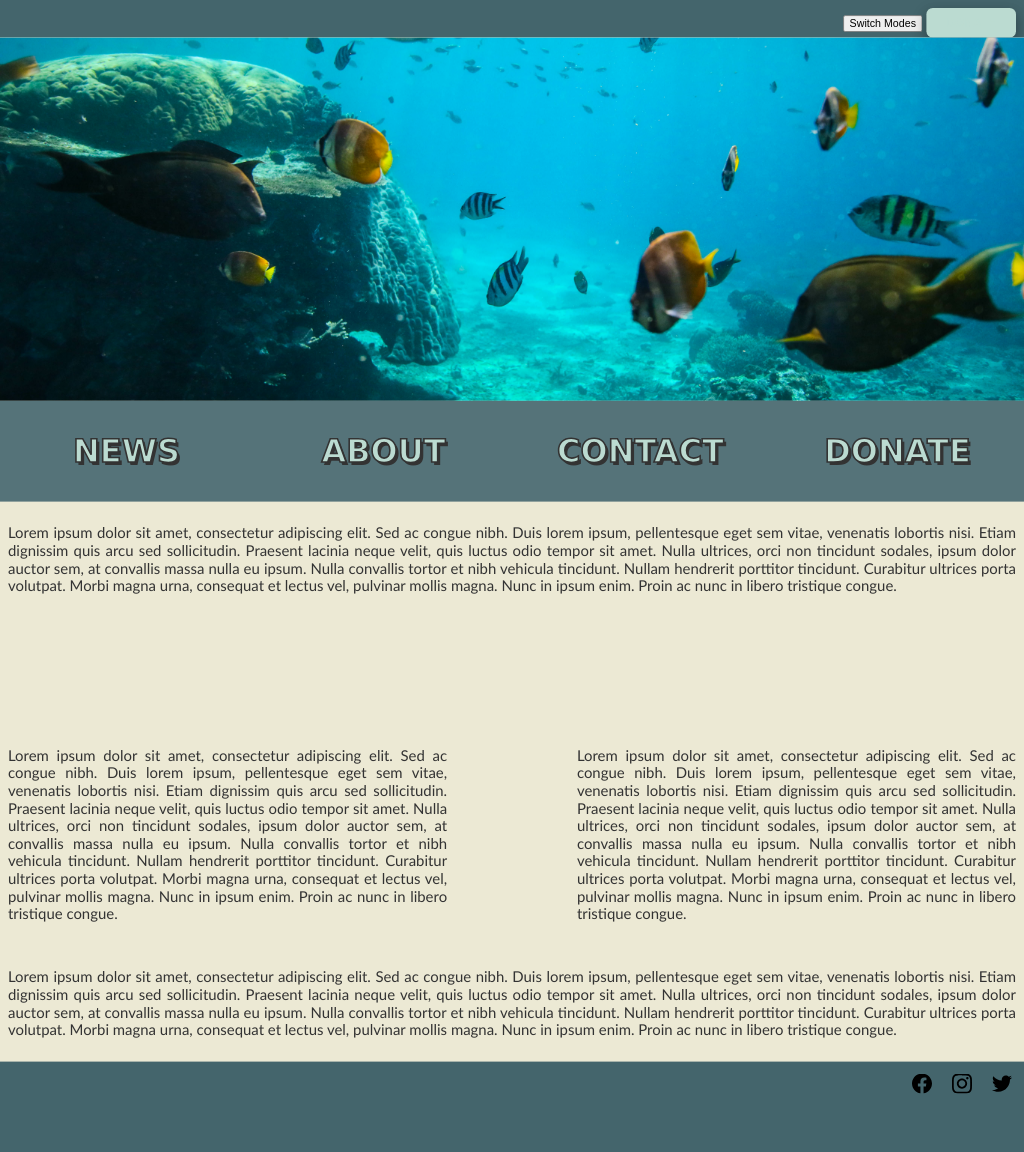
Repository: Jehmess/TeamProject
Page: index.html
An editor plug-in stored every save of this project. The page is shown before and after the next save, followed by the edit.
The browser window is 1280 px wide. The pictures show the whole page, at 80% of full size.

Above is the page before, as saved 2020-11-26 15:05:08.

### index.html
<!DOCTYPE html>
<html lang="en">

  <head>
    <meta charset="UTF-8" />
    <meta name="viewport" content="width=device-width, initial-scale=1.0" />

    <!-- CSS LINK -->
    <link rel="stylesheet" href="main.css">


    <link rel="icon" type="image/png" href="images/favicon1.png">
    <title>Save The Ocean</title>
  </head>

  <body>
    <div class="grid-container">
      <div class="topHead">
        <button id="darkModeToggle">Switch Modes</button>
        <button class="donatebutton"><a href="donate.html" title="Donate Today!">Donate</a></button>
      </div>

      <div class="headingImg"> <!-- CSS effects needs altering -->
        <div class='banner'></div>
      </div>

      <div class="navBar">
          <div class="nav1">
            <p>News</p>
          </div>
          <div class="nav2">
            <p><a href="#aboutUs">About</a></p>
          </div>
          <div class="nav3">
            <p>Contact</p>
          </div>
          <div class="nav4">
            <p><a href="donate.html">Donate</a></p>
          </div>
      </div>
      <!-- TODO Create main section -->
      <!-- TODO Create One long -->
      <!-- TODO create 2 small  -->
      <!-- TODO Create One long -->
      <!-- hello -->

      <div class="main">
        <div class="overview">
          <p>
            Lorem ipsum dolor sit amet, consectetur adipiscing elit. Sed ac congue nibh. Duis lorem ipsum, pellentesque eget sem vitae, venenatis lobortis nisi.
            Etiam dignissim quis arcu sed sollicitudin. Praesent lacinia neque velit, quis luctus odio tempor sit amet. Nulla ultrices, orci non tincidunt sodales,
            ipsum dolor auctor sem, at convallis massa nulla eu ipsum. Nulla convallis tortor et nibh vehicula tincidunt. Nullam hendrerit porttitor tincidunt.
            Curabitur ultrices porta volutpat. Morbi magna urna, consequat et lectus vel, pulvinar mollis magna. Nunc in ipsum enim. Proin ac nunc in libero tristique congue.
          </p>
        </div>

        <div class="articles">
          <p>
            Lorem ipsum dolor sit amet, consectetur adipiscing elit. Sed ac congue nibh. Duis lorem ipsum, pellentesque eget sem vitae, venenatis lobortis nisi.
            Etiam dignissim quis arcu sed sollicitudin. Praesent lacinia neque velit, quis luctus odio tempor sit amet. Nulla ultrices, orci non tincidunt sodales,
            ipsum dolor auctor sem, at convallis massa nulla eu ipsum. Nulla convallis tortor et nibh vehicula tincidunt. Nullam hendrerit porttitor tincidunt.
            Curabitur ultrices porta volutpat. Morbi magna urna, consequat et lectus vel, pulvinar mollis magna. Nunc in ipsum enim. Proin ac nunc in libero tristique congue.
          </p>
        </div>

        <div class="aboutUs" id="aboutUs">
          <p>
            Lorem ipsum dolor sit amet, consectetur adipiscing elit. Sed ac congue nibh. Duis lorem ipsum, pellentesque eget sem vitae, venenatis lobortis nisi.
            Etiam dignissim quis arcu sed sollicitudin. Praesent lacinia neque velit, quis luctus odio tempor sit amet. Nulla ultrices, orci non tincidunt sodales,
            ipsum dolor auctor sem, at convallis massa nulla eu ipsum. Nulla convallis tortor et nibh vehicula tincidunt. Nullam hendrerit porttitor tincidunt.
            Curabitur ultrices porta volutpat. Morbi magna urna, consequat et lectus vel, pulvinar mollis magna. Nunc in ipsum enim. Proin ac nunc in libero tristique congue.
          </p>
        </div>

        <div class="filler"></div><!--DO NOT USE-->

        <div class="donate">
          <p>
            Lorem ipsum dolor sit amet, consectetur adipiscing elit. Sed ac congue nibh. Duis lorem ipsum, pellentesque eget sem vitae, venenatis lobortis nisi.
            Etiam dignissim quis arcu sed sollicitudin. Praesent lacinia neque velit, quis luctus odio tempor sit amet. Nulla ultrices, orci non tincidunt sodales,
            ipsum dolor auctor sem, at convallis massa nulla eu ipsum. Nulla convallis tortor et nibh vehicula tincidunt. Nullam hendrerit porttitor tincidunt.
            Curabitur ultrices porta volutpat. Morbi magna urna, consequat et lectus vel, pulvinar mollis magna. Nunc in ipsum enim. Proin ac nunc in libero tristique congue.
          </p>
        </div>
      </div>
      <div class="footer">
        <div class="socialmedia">
          <a href="https://www.facebook.com/"><img src="images/facebook.svg" alt="Facebook" title="Facebook"></a>
          <a href="https://www.instagram.com/"><img src="images/instagram.svg" alt="Instagram" title="Instagram"></a>
          <a href="https://twitter.com"><img src="images/twitter.svg" alt="Twitter" title="Twitter"></a>
        </div>
      </div>
    </div>


     <!-- Script JS Page -->
     <script src="scripts.js"></script>
  </body>
</html>

### main.css
body{
  background: var(--lm-body);
  color: var(--lm-default) ;
  font-family: Calibri,Candara,Segoe,Segoe UI,Optima,Arial,sans-serif;
  font-size: 14pt;
  margin: 0;
  width: 100%;
}

a {
  text-decoration: none;
}

:root {
  /* LIGHT MODE BACKGROUNDS */
  --lm-body: #ECE9D4;
  --lm-header: #44656C;
  --lm-nav: #557379;
  --lm-footer: #44656C;


  /* DARK MODE BACKGROUNDS */
  --dm-body: #121212;
  --dm-header: #263140;
  --dm-nav: #35515F;
  --dm-footer: #263140;

  /* TEXT */
  --lm-default: #333333;
  --lm-navtxt: #bbdbd1;

  --dm-default: #A6B7BA;

}

/* Main Grid Container */
.grid-container {
  display: grid;
  grid-template-columns: 1fr 1fr 1fr 1fr;
  grid-template-rows: 0.2fr 2fr 0.5fr 2.5fr 0.5fr;
  gap: 0px 0px;
  grid-template-areas:
    "topHead topHead topHead topHead"
    "headingImg headingImg headingImg headingImg"
    "navBar navBar navBar navBar"
    "main main main main"
    "footer footer footer footer";
  height: 200vh;
}

/* Top Level header */
.topHead {
  grid-area: topHead;
  background: var(--lm-header);
  color: var(--lm-navtxt);
  text-align: right;
}

.donatebutton {
  display: inline-block;
  background-color: var(--lm-navtxt);
  color: var(--lm-default);
  text-align: center;
  text-decoration: none;
  text-transform: uppercase;
  font-size: 15px;
  font-weight: bold;
  margin-top: 10px;
  margin-right: 10px;
  padding: 10px 25px;
  border: none;
  border-radius: 8px;
  box-shadow: 0 8px 16px 0 rgba(0,0,0,0.2), 0 6px 20px 0 rgba(0,0,0,0.19);
}

.donatebutton:active {
  background-color: var(--lm-navtxt);
  transform: translateY(2px);
}

.donatebutton a, a:link {
  color: var(--lm-default);
}

.donatebutton:hover {
  background-color: #ACD7CC;
  transition: 0.5s;
}


/* Main Image Heading */
.headingImg {
  grid-area: headingImg;
  width: 100%;
  height: 100%;
  background: var(--lm-body);
}

/*.headingImg:hover .banner,
.headingImg:focus .banner {
  transform: scale(1.1);
}*/

.banner {
  width: 100%;
  height: 100%;
  background: url(images/coralreef.jpeg);
  background-repeat: no-repeat;
  background-position: center;
  background-size: cover;
  /*transition: all .5s;*/
}

.darkMode{
  width: 100%;
  height: 100%;
  background: url(https://giphy.com/gifs/qD63pgN5SZK92/html5);
  background-repeat: no-repeat;
  background-position: center;
  background-size: cover;
}


/*.banner::before {
  content: "";
  display: none;
  height: 100%;
  width: 100%;
  position: absolute;
  top: 0;
  left: 0;
}*/

/*.headingImg:hover .banner:before,
.headingImg:focus .banner:before {
  display: block;
}*/


/* Navbar Section */
.navBar {
  grid-area: navBar;
  background: var(--lm-nav);
  display: grid;
  grid-template-columns: repeat(4, 1fr);
  grid-template-rows: 1fr;
  gap: 5px;
  grid-template-areas:
  "nav1 nav2 nav3 nav4";

  /* NAVTEXT */
  color: var(--lm-navtxt);
  font-family: Verdana,Geneva,sans-serif;
  font-size: 40px;
  font-weight: bold;
  text-align: center;
  text-transform: uppercase;
  -webkit-text-stroke: 2px #333333;
  text-shadow: 3px 3px #333333;
}
.navBar a, a:link {
  color: var(--lm-navtxt);
}

.nav1{
    grid-area: nav1;
}
.nav2{
    grid-area: nav2;
}
.nav3{
    grid-area: nav3;
}
.nav4{
    grid-area: nav4;
}

/* Main Section */
.main{
  display: grid;
  grid-template-columns: 2fr .5fr 2fr;
  grid-template-rows: 1.5fr 1.5fr .5fr;
  grid-template-areas:
  "overview overview overview"
  "articles filler aboutUs"
  "donate donate donate"
  ;
  grid-area: main;
  width: 100%;
}

.overview{
  grid-area: overview;
  text-align: justify;
  padding: 10px;
}

.articles{
  grid-area: articles;
  text-align: justify;
  padding: 10px;
}

.aboutUs{
  grid-area: aboutUs;
  text-align: justify;
  padding: 10px;
}

.donate{
  grid-area: donate;
  text-align: justify;
  padding: 10px;
}

.filler{
  grid-area: filler;
}


/* Footer Section */
.footer {
  grid-area: footer;
  background: var(--lm-header);
}

.socialmedia {
  color: var(--lm-navtxt);
  text-align: right;
}

.socialmedia img {
  margin-top: 10px;
  margin-right: 10px;
  width: 25px;
  height: 25px;
  padding: 5px;
}


/* For mobile phones: */
@media only screen and (max-width: 600px) {
  body {
      font-size: 12pt;
  }
}

/* For tablets: */
@media only screen and (min-width: 600px) {

}

/* For desktop: */
@media only screen and (min-width: 768px) {

}

Loaded but not shown: scripts.js (empty)

After the next save:
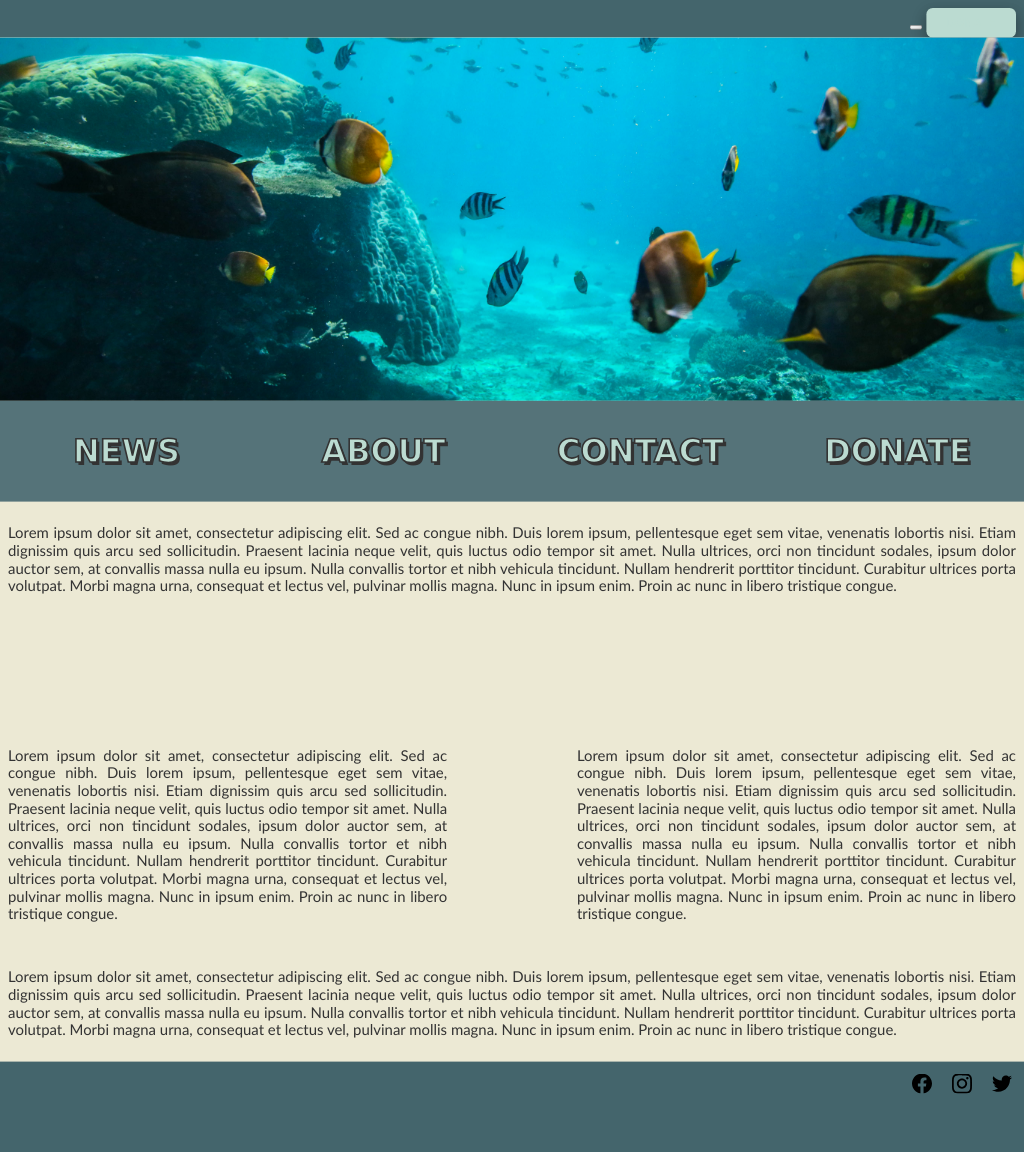
Saved 21 min 14 s later.
--- a/index.html
+++ b/index.html
@@ -7,7 +7,8 @@
 
     <!-- CSS LINK -->
     <link rel="stylesheet" href="main.css">
-
+    <!-- Script JS Page -->
+    <script src="scripts.js"></script>
 
     <link rel="icon" type="image/png" href="images/favicon1.png">
     <title>Save The Ocean</title>
@@ -16,7 +17,7 @@
   <body>
     <div class="grid-container">
       <div class="topHead">
-        <button id="darkModeToggle">Switch Modes</button>
+        <button id="deepSea"onclick='background()'></button>
         <button class="donatebutton"><a href="donate.html" title="Donate Today!">Donate</a></button>
       </div>
 
@@ -91,9 +92,5 @@
         </div>
       </div>
     </div>
-
-
-     <!-- Script JS Page -->
-     <script src="scripts.js"></script>
   </body>
 </html>
